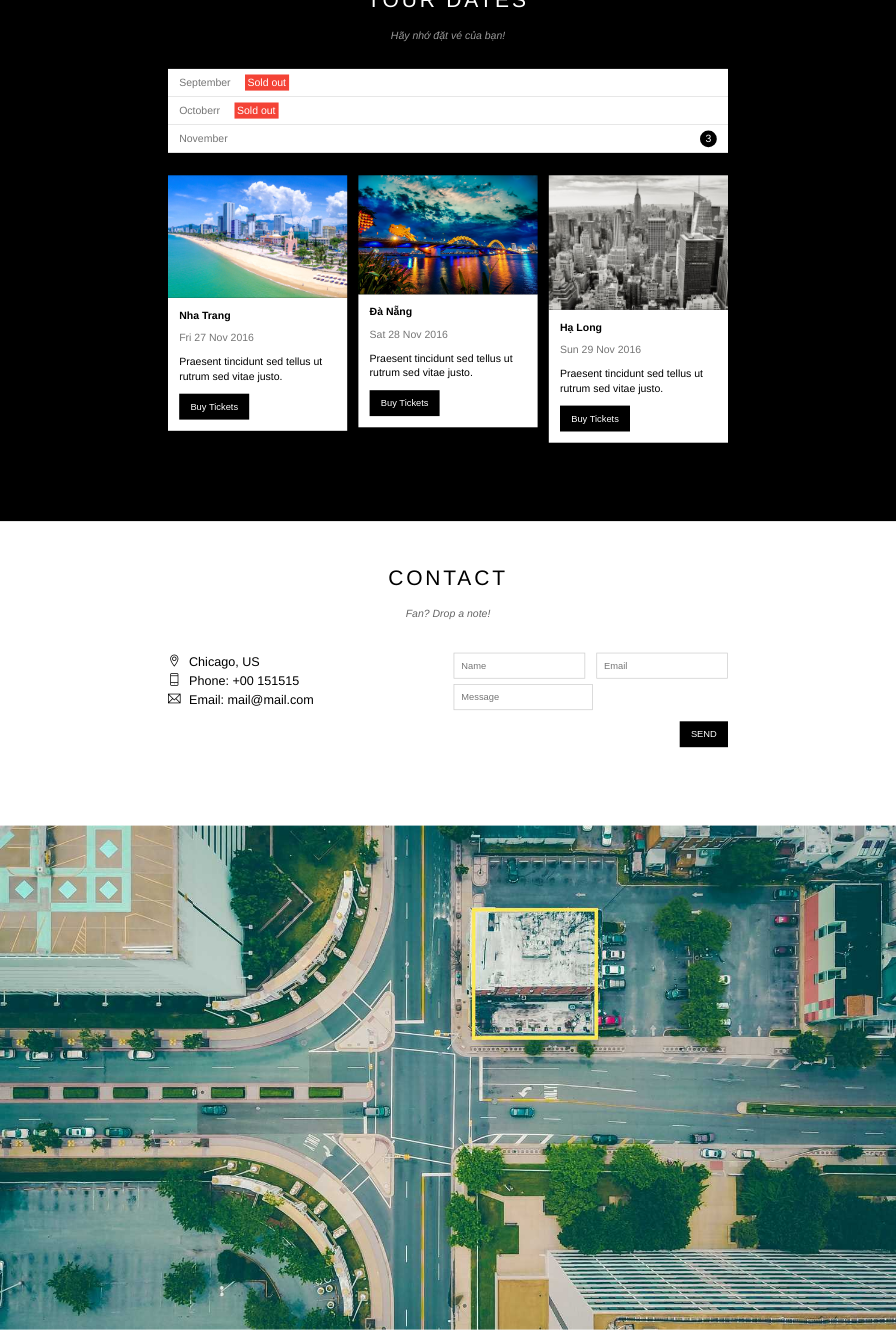
Repository: vophuocthanh/phuocthanhk03
Page: index.html
These files come from the project's save history. The page is drawn as it stood at one moment and after the next save; the edit follows.
The browser window is 1280 px wide. The pictures show the part of the page from y = 1409 to 3329 px (the page is 3501 px tall before and 3484 px after), at 70% of full size.

Above is the page before, as saved 2022-03-29 22:02:53.

After the next save:
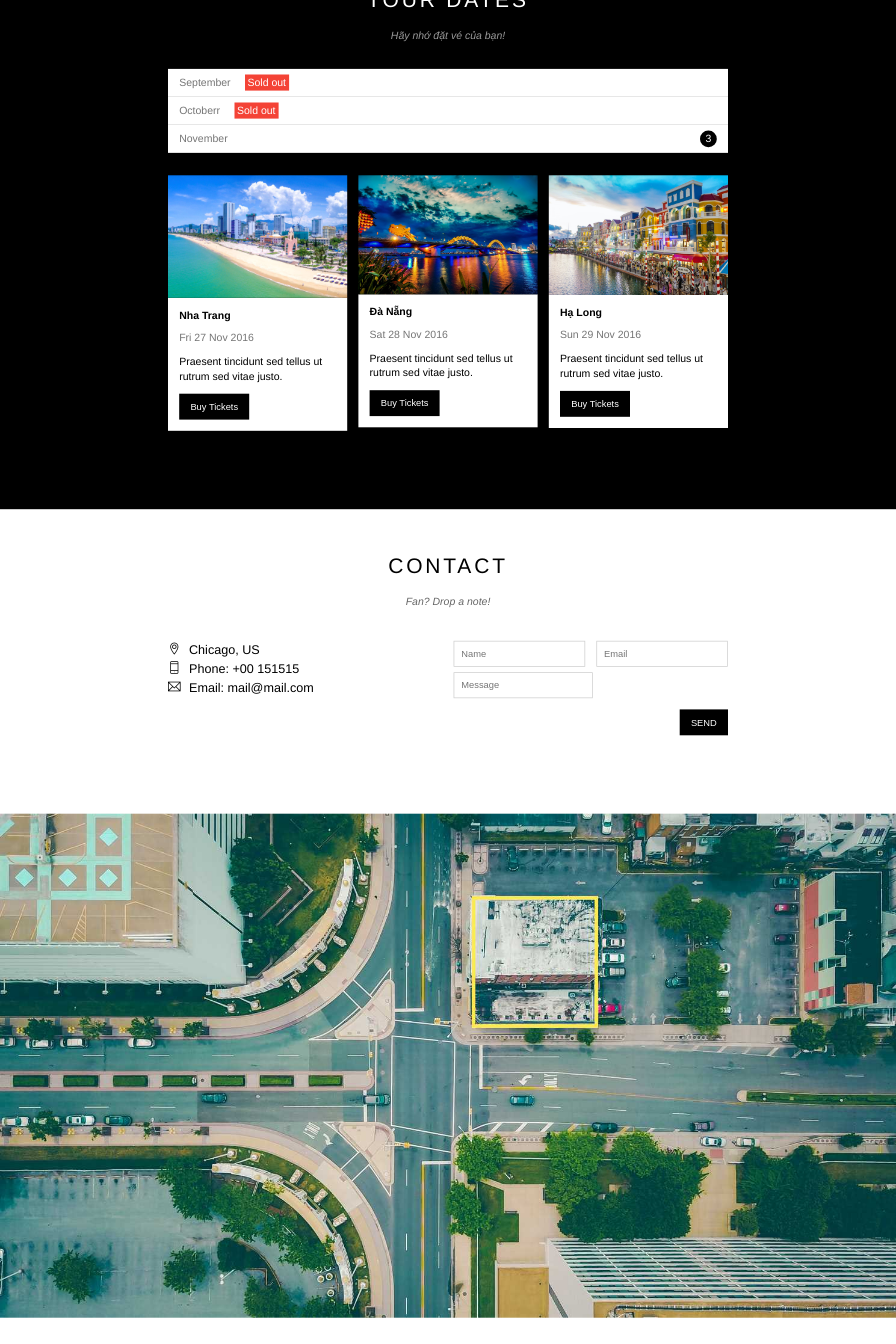
Saved 52 s later.
--- a/index.html
+++ b/index.html
@@ -114,7 +114,7 @@
                             </div>
                         </div>
                         <div class="col col-third">
-                            <img src="./asset/img/places/place1.jpg" alt="New York" class="place-img">
+                            <img src="./asset/img/places/place8.jpg" alt="New York" class="place-img">
                             <div class="place-body">
                                 <h3 class="place-heading">Hạ Long</h3>
                                 <p class="place-time">Sun 29 Nov 2016</p>
